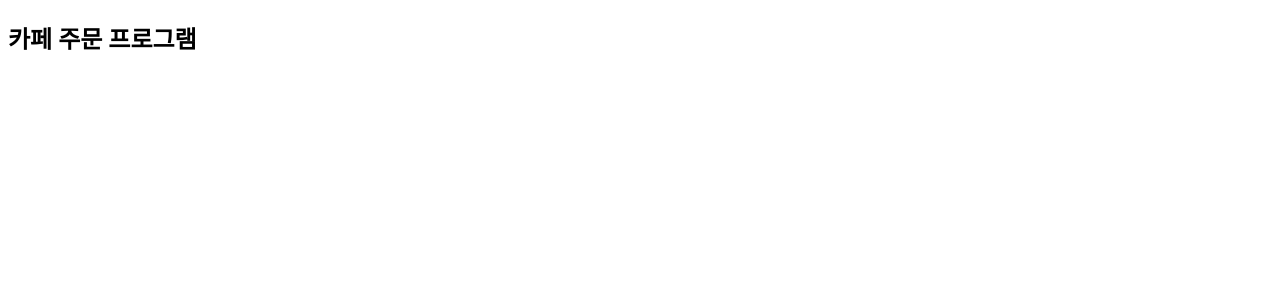
Repository: shinymusket/ideal-memory2
Page: homework09/WebContent/order.html
An editor plug-in stored every save of this project. The page is shown before and after the next save, followed by the edit.
The browser window is 1280 px wide. The pictures show the whole page.

Above is the page before, as saved 2022-06-15 02:13:24.

After the next save:
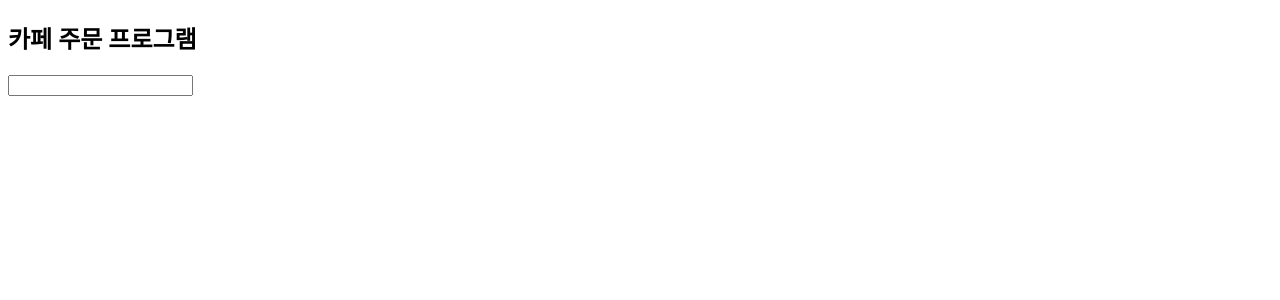
Saved 5 s later.
--- a/homework09/WebContent/order.html
+++ b/homework09/WebContent/order.html
@@ -7,7 +7,7 @@
 <body>
 	<h2>카페 주문 프로그램</h2>
 	<form action="" method="post">
-
+		<input type="">
 
 	</form>
 </body>
